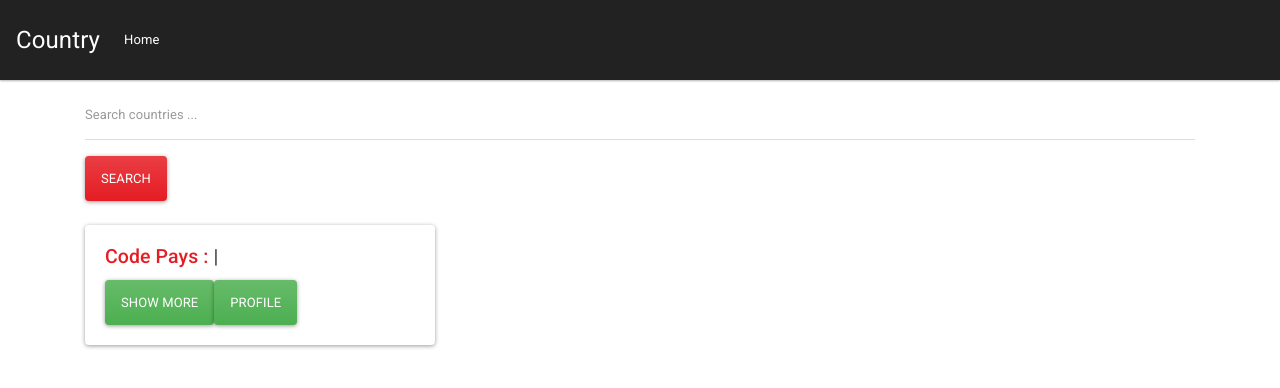
Repository: abdelhak-f/Countries_React
Page: / (app in client/)
These files come from the project's save history. The page is drawn as it stood at one moment and after the next save; the edit follows.
The browser window is 1280 px wide. The pictures show the whole page.
The page's requests for data from a server got no answer. The project was rebuilt for these pictures with package versions that can differ from the ones it lists, and the page was loaded fresh each time. No one was signed in, and anything a server would have sent is missing.

Above is the page before, as saved 2021-05-07 10:48:41.

After the next save:
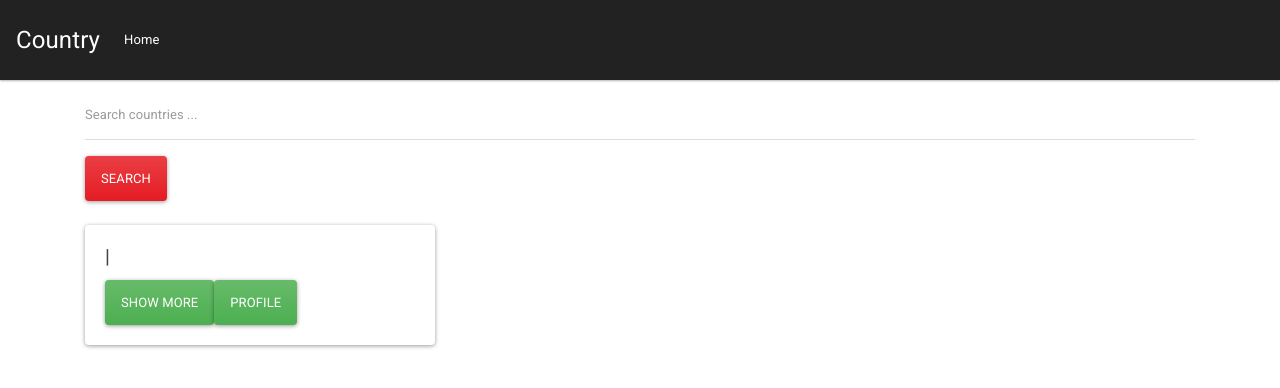
Saved 9 min 58 s later.
--- a/client/src/components/countrys/Country.jsx
+++ b/client/src/components/countrys/Country.jsx
@@ -7,7 +7,7 @@ class Country extends Component {
          <div className="card">
                    <img className="card-img-top" src= {this.props.country.flag}  alt="" />
                    <div className="card-body">
-                   <h4 className="card-title"> <span className="text-danger">Code Pays : </span> {this.props.country.alpha2Code} | {this.props.country.alpha3Code}</h4>
+                   <h4 className="card-title">{this.props.country.alpha2Code} | {this.props.country.alpha3Code}</h4>
                        <p className="card-text">
                            <a href= {this.props.country.code} className="btn btn-success ">show more</a>
                            <a href={this.props.country.regionalBlocs} className="btn btn-success ">profile</a>
